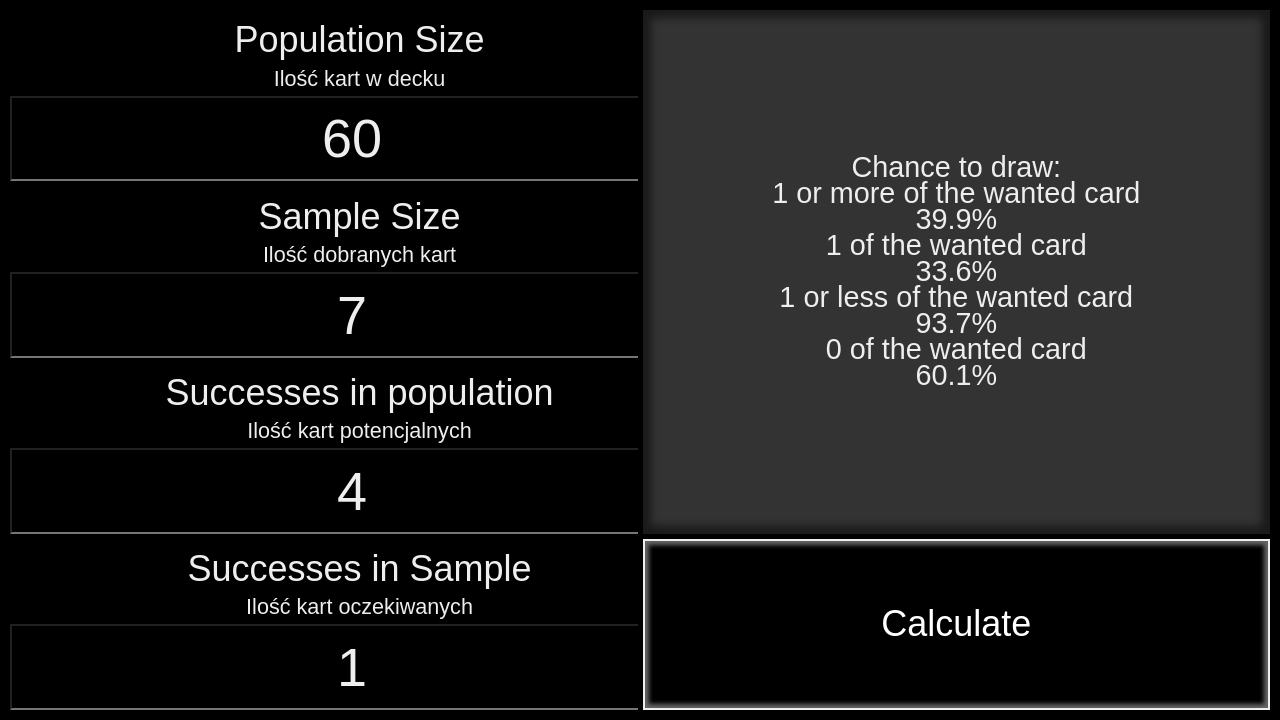
Repository: Krashgul/MTG-calculator
Page: app/index.html
The author's editor kept a copy of each file at every save. The page is drawn from the files as they stood at one save, then again after the next save.
The browser window is 1280 px wide. The pictures show the whole page.
After loading, the first visible `button.btn` was clicked once.

Above is the page before, as saved 2021-03-03 02:17:48.

After the next save:
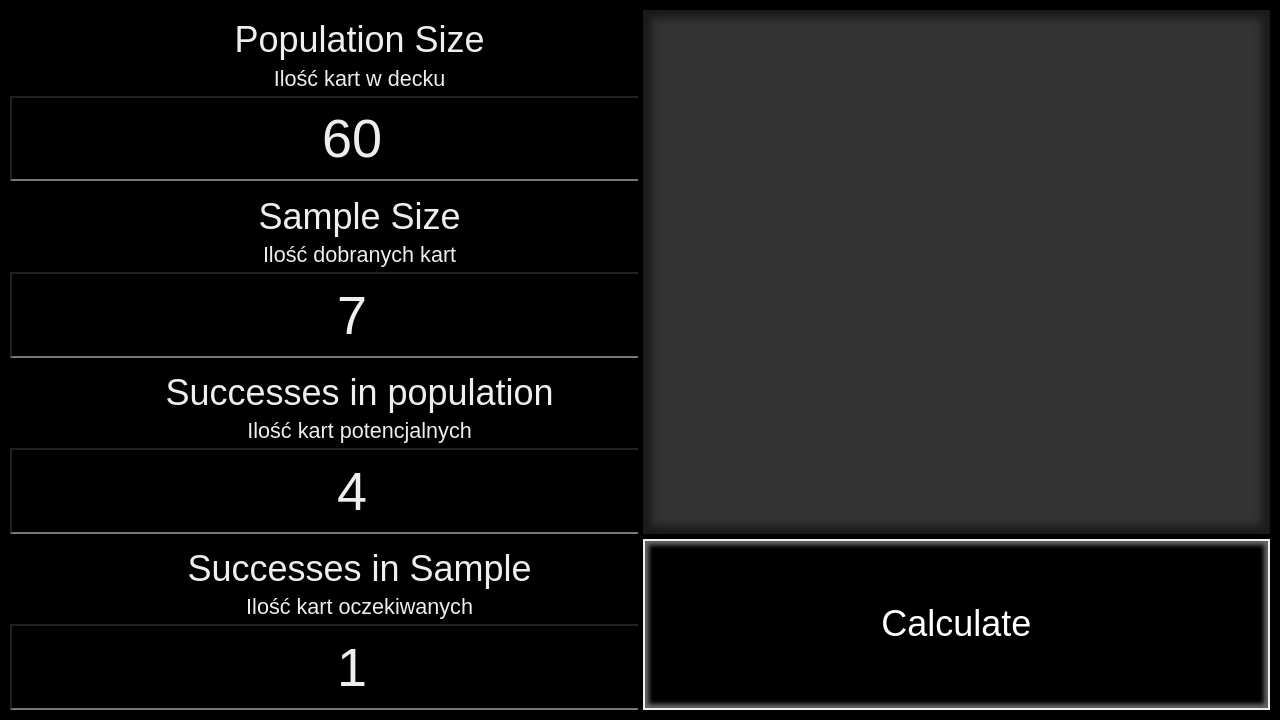
Console error: ReferenceError: docalc is not defined
Saved 40 s later.
--- a/app/index.html
+++ b/app/index.html
@@ -280,83 +280,7 @@
         integrity="sha256-4+XzXVhsDmqanXGHaHvgh1gMQKX40OUvDEBTu8JcmNs=" crossorigin="anonymous"></script>
 
 
-    <script>
-		function docalc() {
-            var deck = $('#ndeck').val();
-            var copies = $('#ncopies').val();
-            var drawn = $('#ndrawn').val();
-            var successes = $('#nsuccesses').val();
-            var hyperGeoOutput = 'Chance to draw: <br>';
-
-            //Chance to draw x or more cards
-            if (successes > 0)
-                pral = 1 - hyp(successes - 1, drawn, copies, deck);
-            else
-                pral = 1;
-            if (pral < 1e-6)
-                pral = 0;
-            pral = (100 * pral).toPrecision(3) + '%'
-            hyperGeoOutput += ' ' + successes + ' or more of the wanted card <br>' + pral + '<br>';
-
-            //Chance to draw x cards
-            if (successes > 0) {
-                pr = hyp(successes, drawn, copies, deck) - hyp(successes - 1, drawn, copies, deck);
-            }
-            else
-                pr = hyp(0, drawn, copies, deck);
-            if (pr < 1e-6)
-                pr = 0;
-            pr = (100 * pr).toPrecision(3) + '%';
-            hyperGeoOutput += ' ' + successes + ' of the wanted card <br>' + pr + '<br>';
-
-            //Chance to draw x or less cards
-            pram = hyp(successes, drawn, copies, deck);
-            if (pram < 1e-6)
-                pram = 0;
-            pram = (100 * pram).toPrecision(3) + '%';
-            hyperGeoOutput += ' ' + successes + ' or less of the wanted card <br>' + pram + '<br>';
-
-            //Chance to draw 0 cards
-            zero = hyp(0, drawn, copies, deck);
-            if (zero < 1e-6)
-                zero = 0;
-            zero = (100 * zero).toPrecision(3) + '%';
-            hyperGeoOutput += '0 of the wanted card <br>' + zero + '';
-
-            $('#hyperGeoOutput').html(hyperGeoOutput);
-        }
-
-        // value, Sample Size, Subpopulation Size, Population Size
-        function hyp(x, sz, ss, ps) {
-            var nz, mz;
-            if (ss < sz) {
-                nz = ss;
-                mz = sz
-            } else {
-                nz = sz;
-                mz = ss
-            }
-            var h = 1;
-            var s = 1;
-            var k = 0;
-            var i = 0;
-            while (i < x) {
-                while (s > 1 && k < nz) {
-                    h = h * (1 - mz / (ps - k));
-                    s = s * (1 - mz / (ps - k));
-                    k = k + 1;
-                }
-                h = h * (nz - i) * (mz - i) / (i + 1) / (ps - nz - mz + i + 1);
-                s = s + h;
-                i = i + 1;
-            }
-            while (k < nz) {
-                s = s * (1 - mz / (ps - k));
-                k = k + 1;
-            }
-            return s;
-        }
-</script>
+<script src="index.js"></script>
 
 </body>
 
